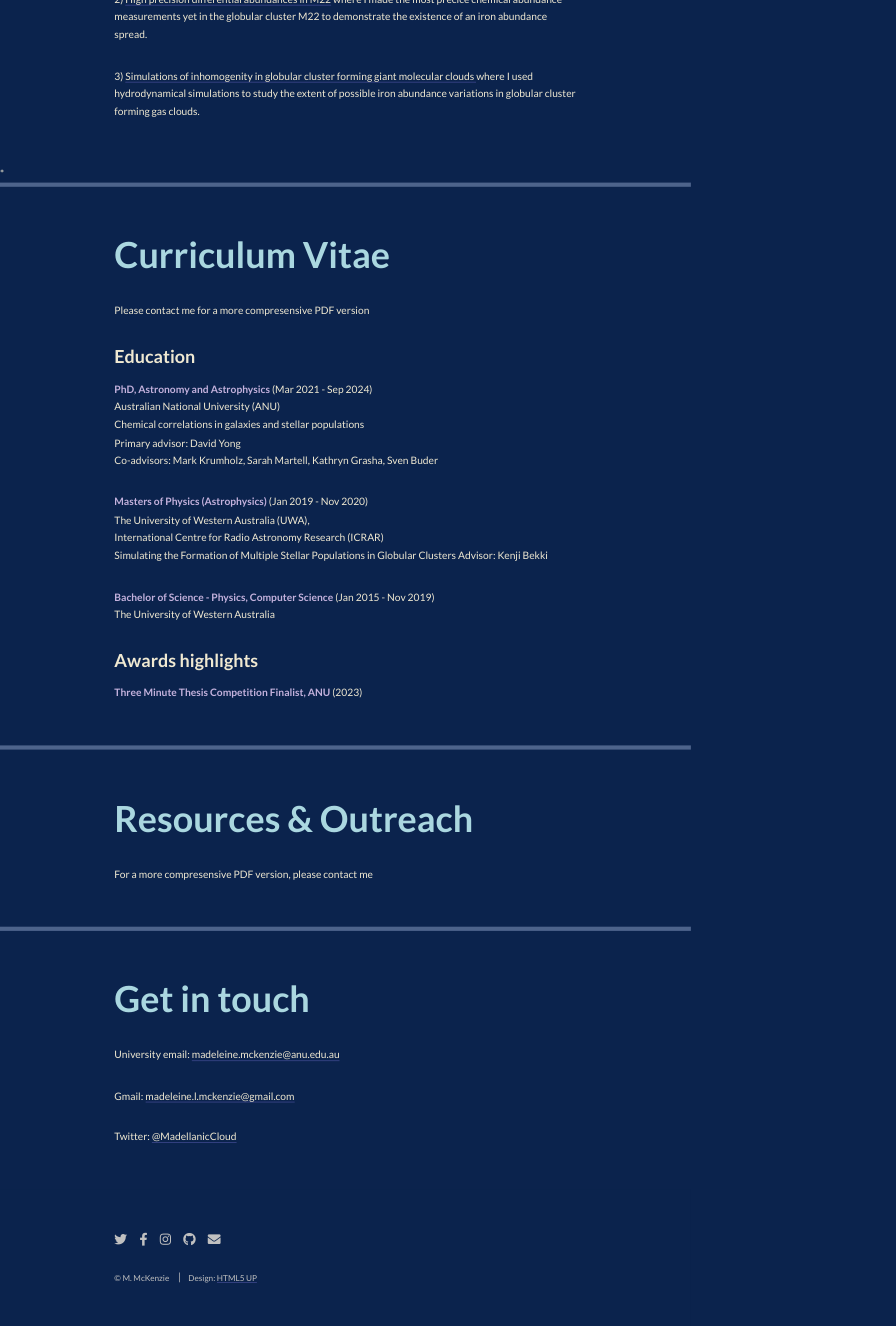
Repository: madeleine-mckenzie/madeleine-mckenzie.github.io
Page: index.html
An editor plug-in stored every save of this project. The page is shown before and after the next save, followed by the edit.
The browser window is 1280 px wide. The pictures show the part of the page from y = 1607 to 3527 px (the page is 3502 px tall before and 3527 px after), at 70% of full size.
Backgrounds fixed to the window are drawn as part of the page.

Above is the page before, as saved 2023-11-12 16:31:14.

After the next save:
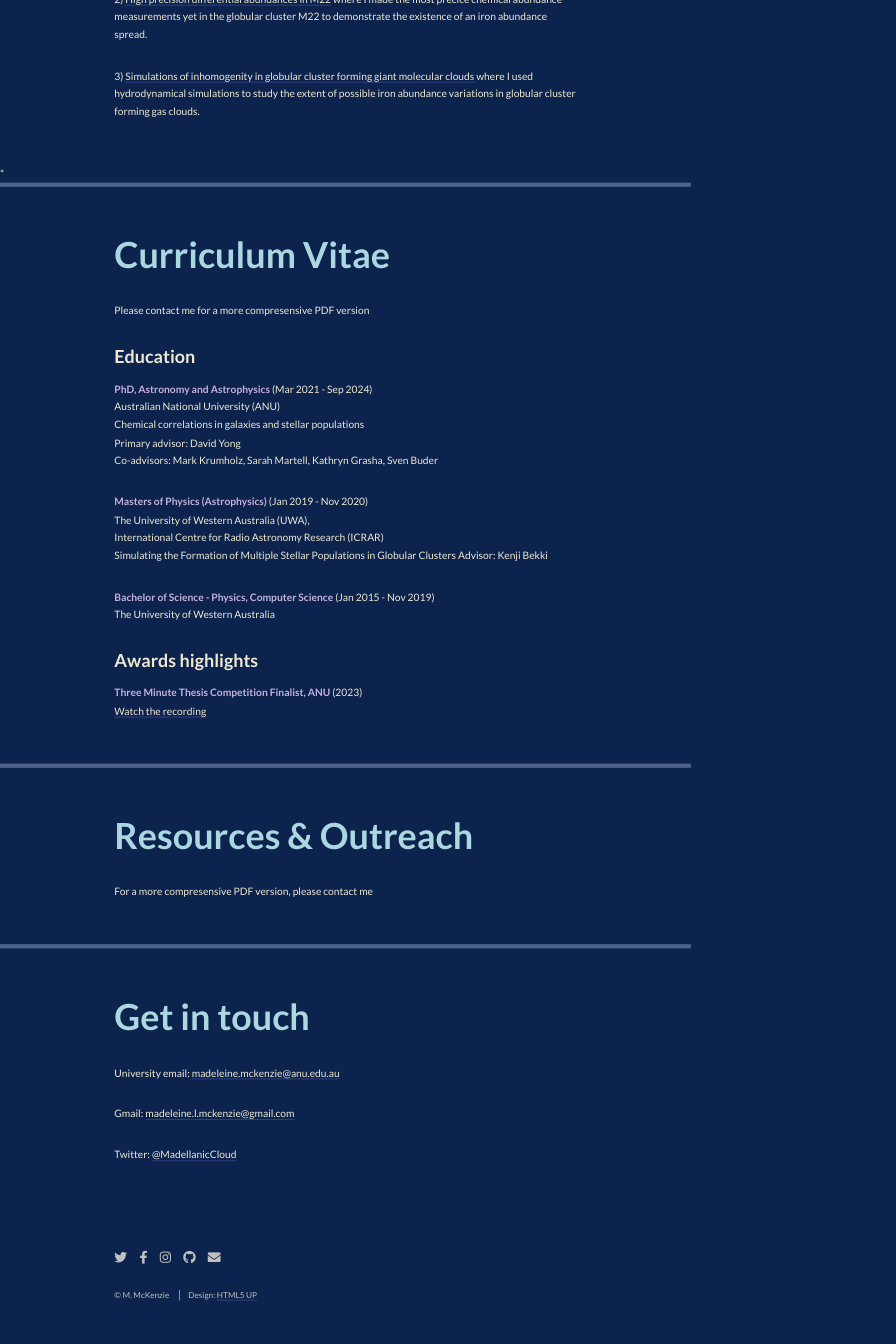
Saved 22 s later.
--- a/index.html
+++ b/index.html
@@ -121,7 +121,7 @@
 
                         <h3>Awards highlights</h3>
                         <p><b>Three Minute Thesis Competition Finalist, ANU </b>  (2023)<br />
-
+                        <a href="https://ui.adsabs.harvard.edu/user/libraries/K8q3Fv2nS-eG0YgK9U_ysw">Watch the recording</a>
                         </p>
 
                     </div>
